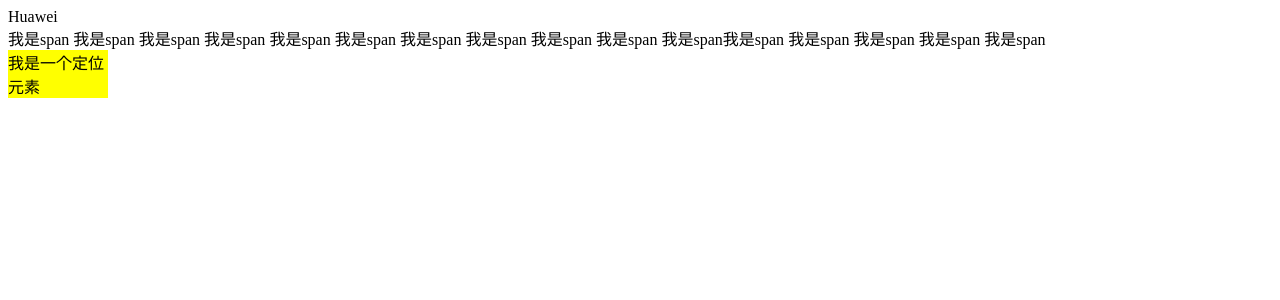
Repository: nanvon/front-end_byhuawei
Page: CSS层级.html
These files come from the project's save history. The page is drawn as it stood at one moment and after the next save; the edit follows.
The browser window is 1280 px wide. The pictures show the whole page.

Above is the page before, as saved 2020-12-10 20:10:32.

### CSS层级.html
<!DOCTYPE html>
<html lang="en">
<head>
    <meta charset="UTF-8">
    <meta name="viewport" content="width=device-width, initial-scale=1.0">
    <title>Document</title>
    <style>
        .pos1{
            position: fixed;
            background: yellow;
            width: 100px;
        }
    </style>
</head>
<body>
    <div>Huawei</div>
    <span>我是span</span>
    <span>我是span</span>
    <span>我是span</span>
    <span>我是span</span>
    <span>我是span</span>
    <span>我是span</span>
    <div class="pos1">我是一个定位元素</div>
    <span>我是span</span>
    <span>我是span</span>
    <span>我是span</span>
    <span>我是span</span>
    <span>我是span</span><span>我是span</span>
    <span>我是span</span>
    <span>我是span</span>
    <span>我是span</span>
    <span>我是span</span>
</body>
</html>

After the next save:
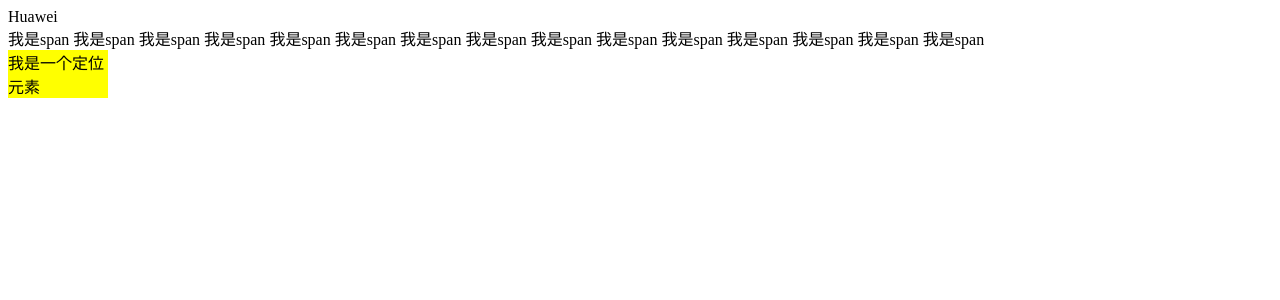
Saved 4 s later.
--- a/CSS层级.html
+++ b/CSS层级.html
@@ -25,7 +25,7 @@
     <span>我是span</span>
     <span>我是span</span>
     <span>我是span</span>
-    <span>我是span</span><span>我是span</span>
+    <span>我是span</span>
     <span>我是span</span>
     <span>我是span</span>
     <span>我是span</span>
